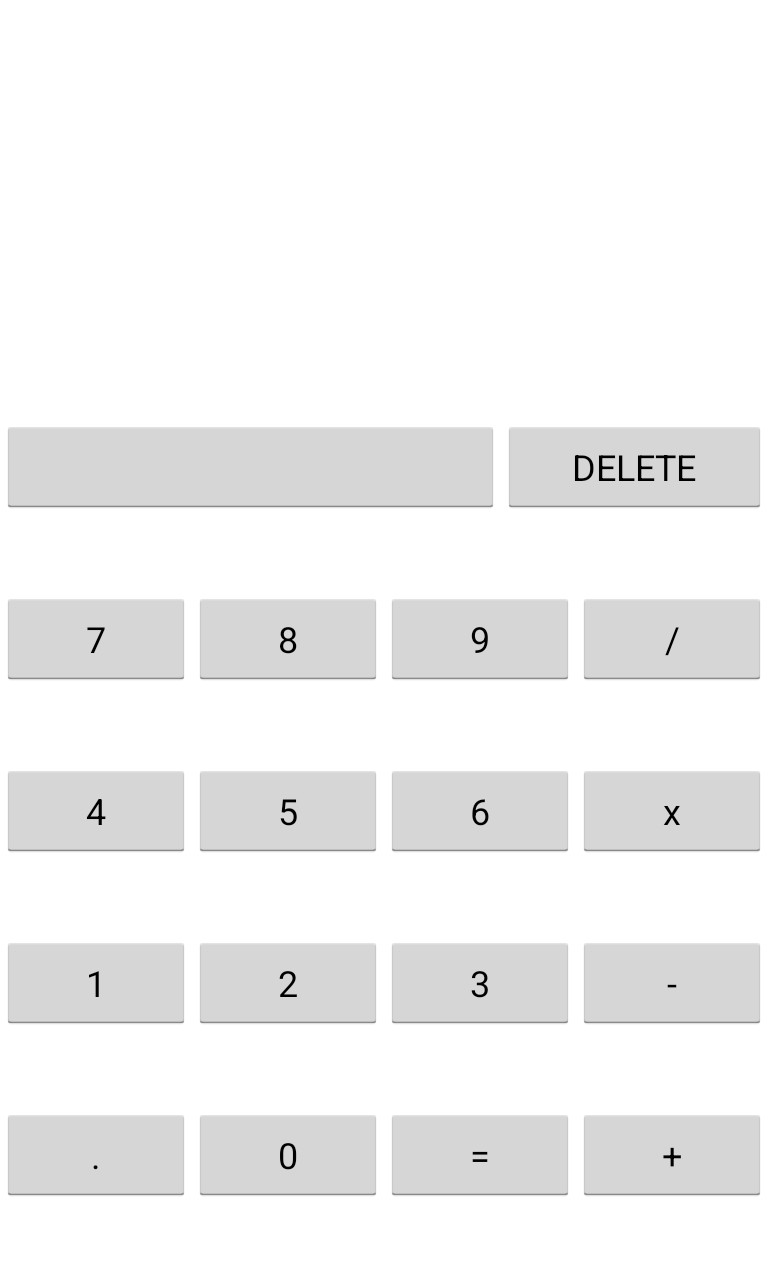
Repository: iracom/ejercicios-android
Layout: Calculadora/res/layout/activity_main.xml
An editor plug-in stored every save of this project. The layout is shown before and after the next save, followed by the edit.
It is drawn on a 768 x 1280 px phone screen (xhdpi) without system bars, with theme AppTheme; the app's code is not run.

Above is the layout before, as saved 2014-05-07 10:07:03.

After the next save:
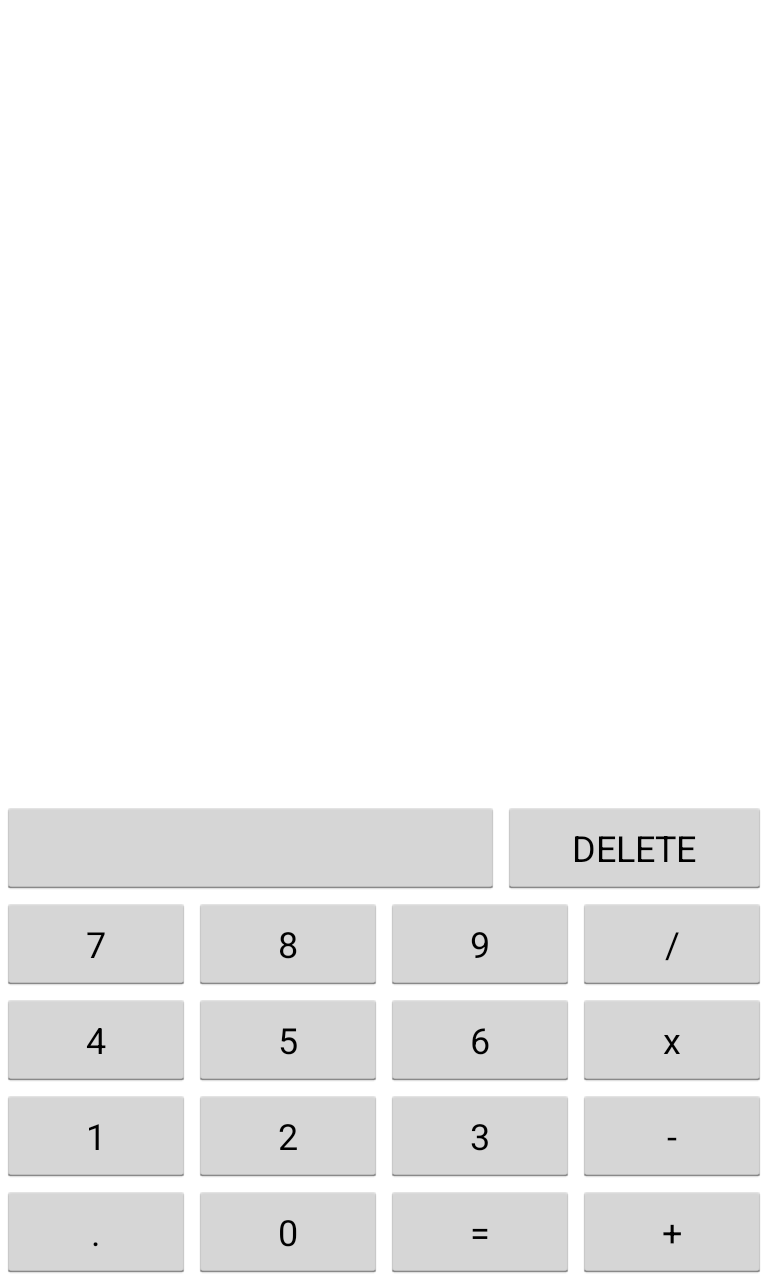
Saved 37 s later.
--- a/Calculadora/res/layout/activity_main.xml
+++ b/Calculadora/res/layout/activity_main.xml
@@ -9,13 +9,12 @@
         android:id="@+id/textView1"
         android:layout_width="match_parent"
         android:layout_height="wrap_content"
-        android:layout_weight="5"
+        android:layout_weight="1"
         android:text="" />
 
     <LinearLayout
         android:layout_width="match_parent"
         android:layout_height="wrap_content"
-        android:layout_weight="1"
         android:orientation="horizontal" >
 
         <Button
@@ -38,7 +37,6 @@
     <LinearLayout
         android:layout_width="match_parent"
         android:layout_height="wrap_content"
-        android:layout_weight="1"
         android:orientation="horizontal" >
 
         <Button
@@ -74,7 +72,6 @@
     <LinearLayout
         android:layout_width="match_parent"
         android:layout_height="wrap_content"
-        android:layout_weight="1"
         android:orientation="horizontal" >
 
         <Button
@@ -110,7 +107,6 @@
     <LinearLayout
         android:layout_width="match_parent"
         android:layout_height="wrap_content"
-        android:layout_weight="1"
         android:orientation="horizontal" >
 
         <Button
@@ -146,7 +142,6 @@
     <LinearLayout
         android:layout_width="match_parent"
         android:layout_height="wrap_content"
-        android:layout_weight="1"
         android:orientation="horizontal" >
 
         <Button
